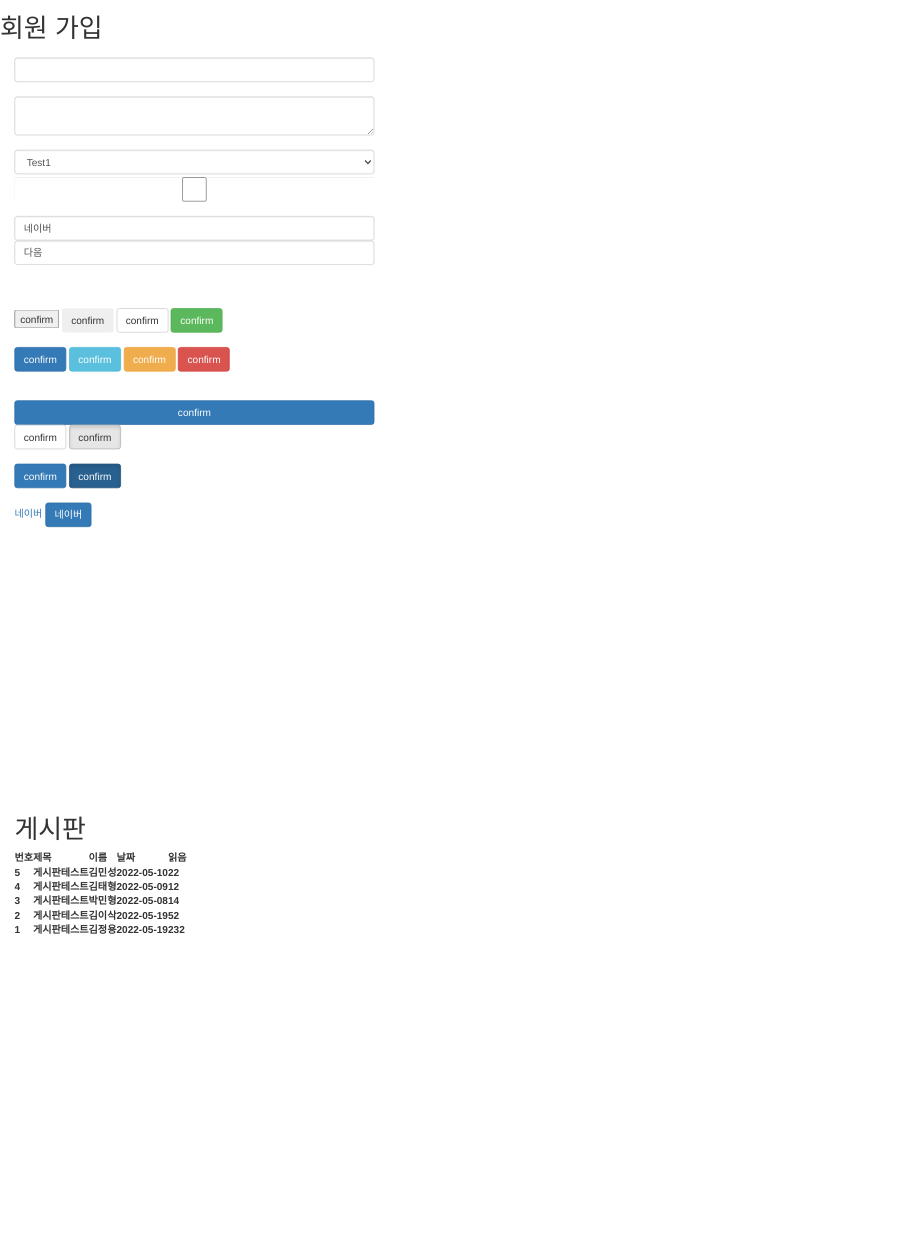
Repository: Umkimisstrong/UM_Webbb
Page: BootstrapApp/WebContent/BootEx03.html
An editor plug-in stored every save of this project. The page is shown before and after the next save, followed by the edit.
The browser window is 1280 px wide. The pictures show the whole page, at 72% of full size.

Above is the page before, as saved 2022-05-16 02:51:35.

After the next save:
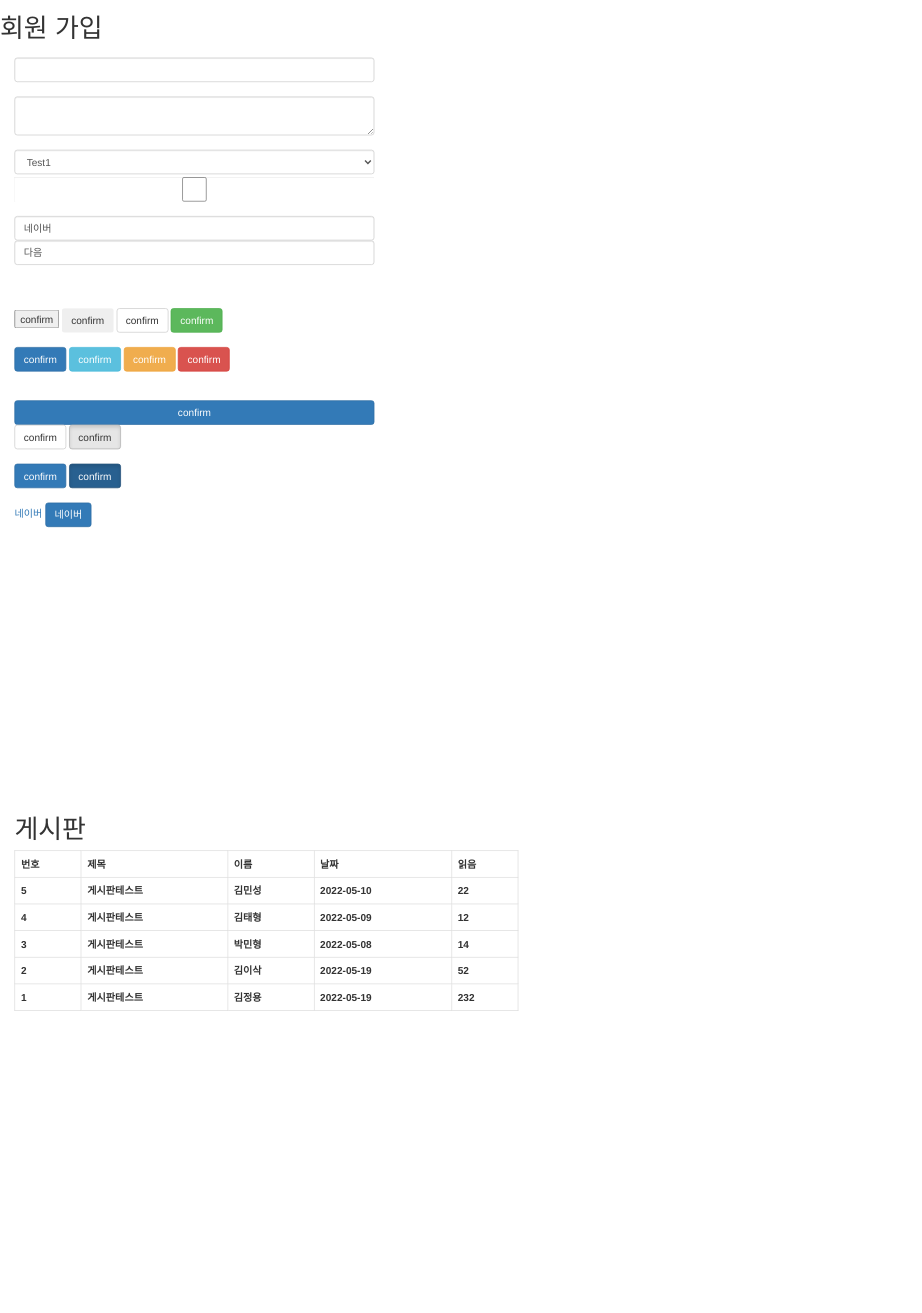
Saved 12 min 3 s later.
--- a/BootstrapApp/WebContent/BootEx03.html
+++ b/BootstrapApp/WebContent/BootEx03.html
@@ -112,7 +112,7 @@
 <div id="main">
 	<h1>게시판</h1>
 
-	<table>
+	<table class="table table-bordered">
 		<tr>
 			<th>번호</th>
 			<th>제목</th>
